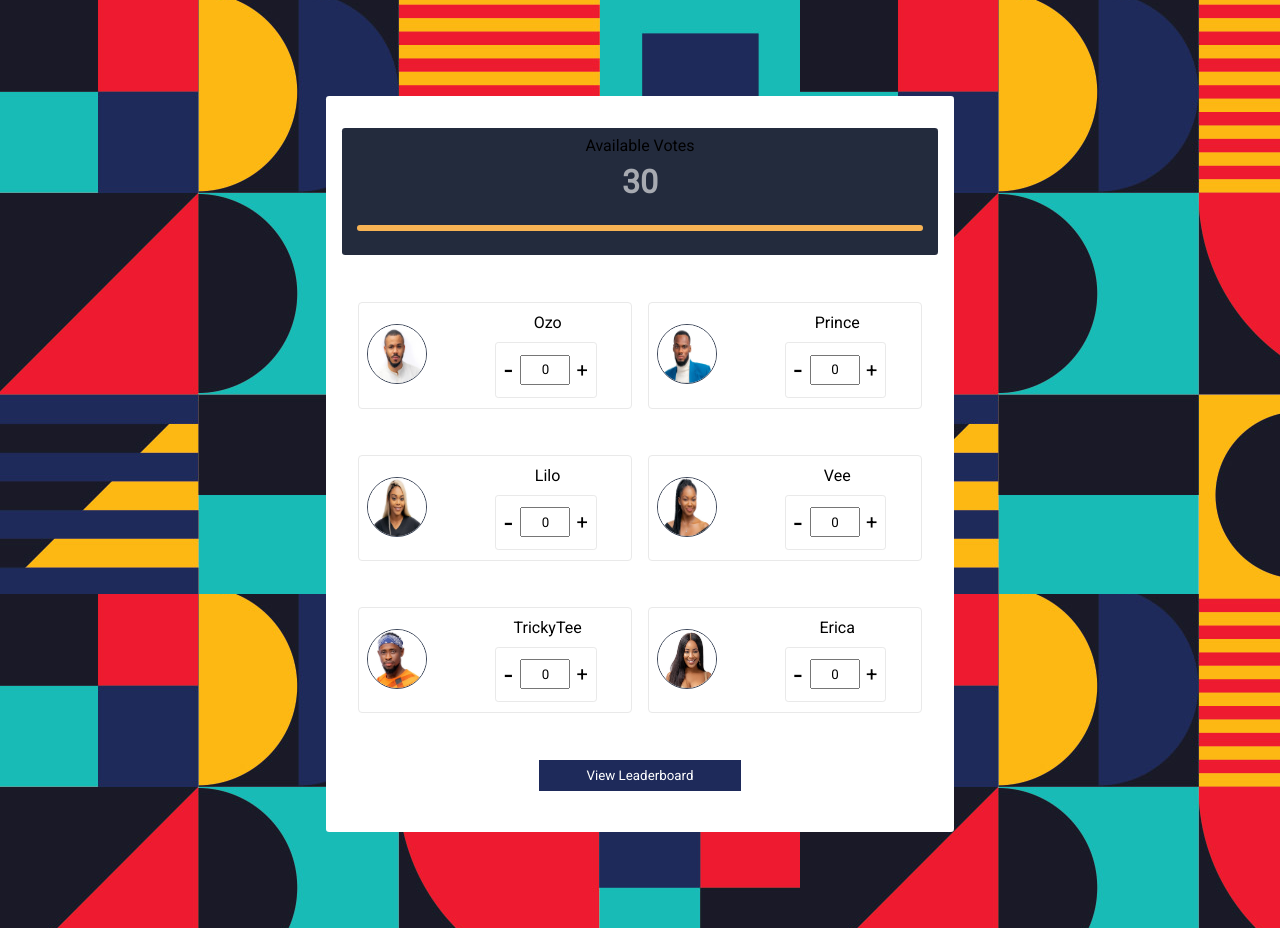
Repository: Eredun/bbn-voting
Page: index.html
An editor plug-in stored every save of this project. The page is shown before and after the next save, followed by the edit.
The browser window is 1280 px wide. The pictures show the whole page.

Above is the page before, as saved 2020-08-22 14:43:49.

After the next save:
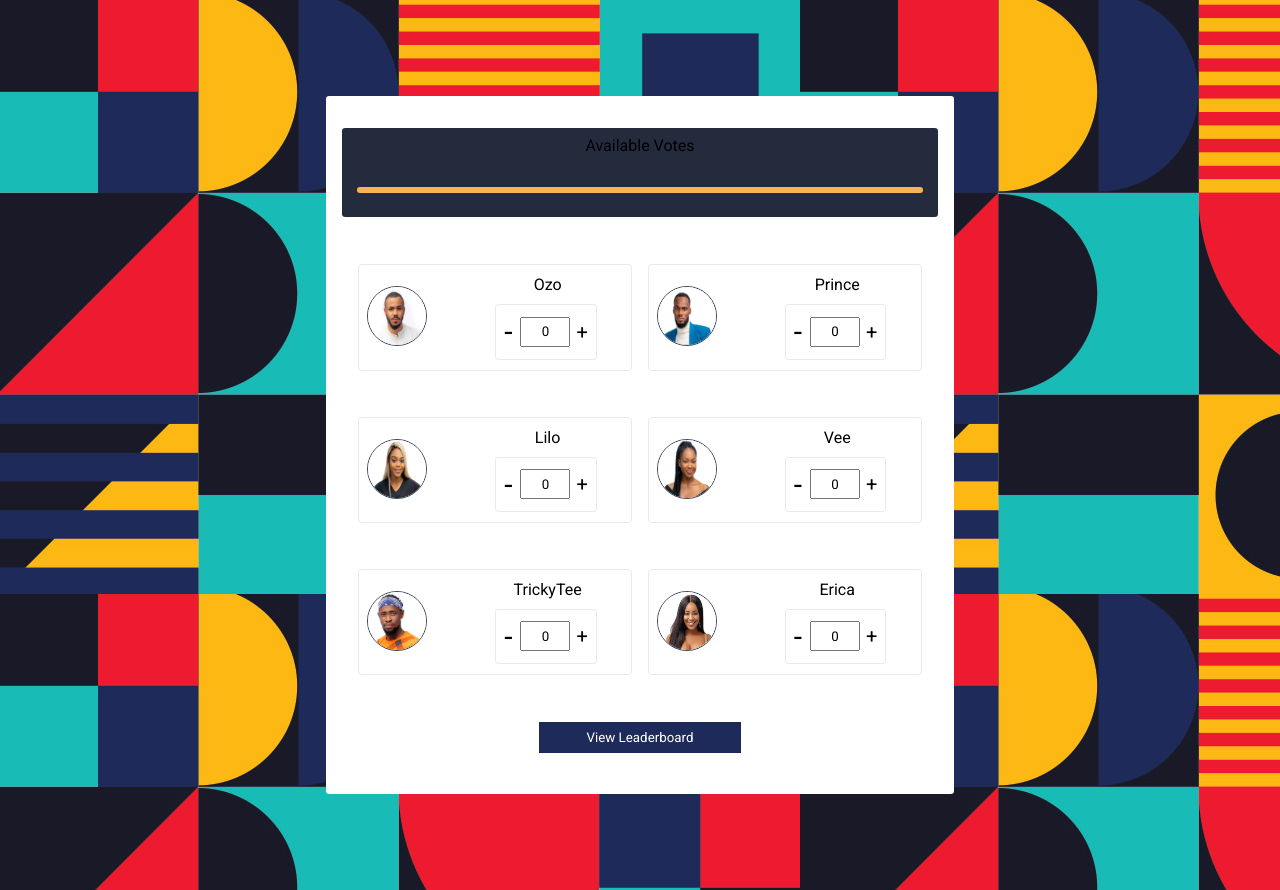
Console error: SyntaxError: Invalid or unexpected token
Saved 40 min 36 s later.
--- a/app.js
+++ b/app.js
@@ -125,7 +125,19 @@
     newContestants.forEach(housemates => {
       userInfo= document.createElement('div');
       userInfo.classList.add('user-info');
-      use
+      userInfo.innerHTML = '<div class="user-info">
+      <div class="user">
+        <div class="user-img">
+          <img src="" alt="" />
+        </div>
+        <div class="user-text">
+          <p class="username"></p>
+          <div class="marks">
+            <span></span>
+          </div>
+        </div>
+      </div>
+      </div>'
     })
   } else {
     span.classList.remove('error');
@@ -141,18 +153,19 @@
 // <div class="card">
 //   <h2>Leaderboard</h2>
 
-//   <div class="user-info">
-//     <div class="user">
-//       <div class="user-img">
-//         <img src="" alt="" />
-//       </div>
-//       <div class="user-text">
-//         <p class="username"></p>
-//         <div class="marks">
-//           <span></span>
-//         </div>
-//       </div>
-//     </div>
+  <div class="user-info">
+    <div class="user">
+      <div class="user-img">
+        <img src="" alt="" />
+      </div>
+      <div class="user-text">
+        <p class="username"></p>
+        <div class="marks">
+          <span></span>
+        </div>
+      </div>
+    </div>
+    </div>
 
 
 

After the 2 saves that followed:
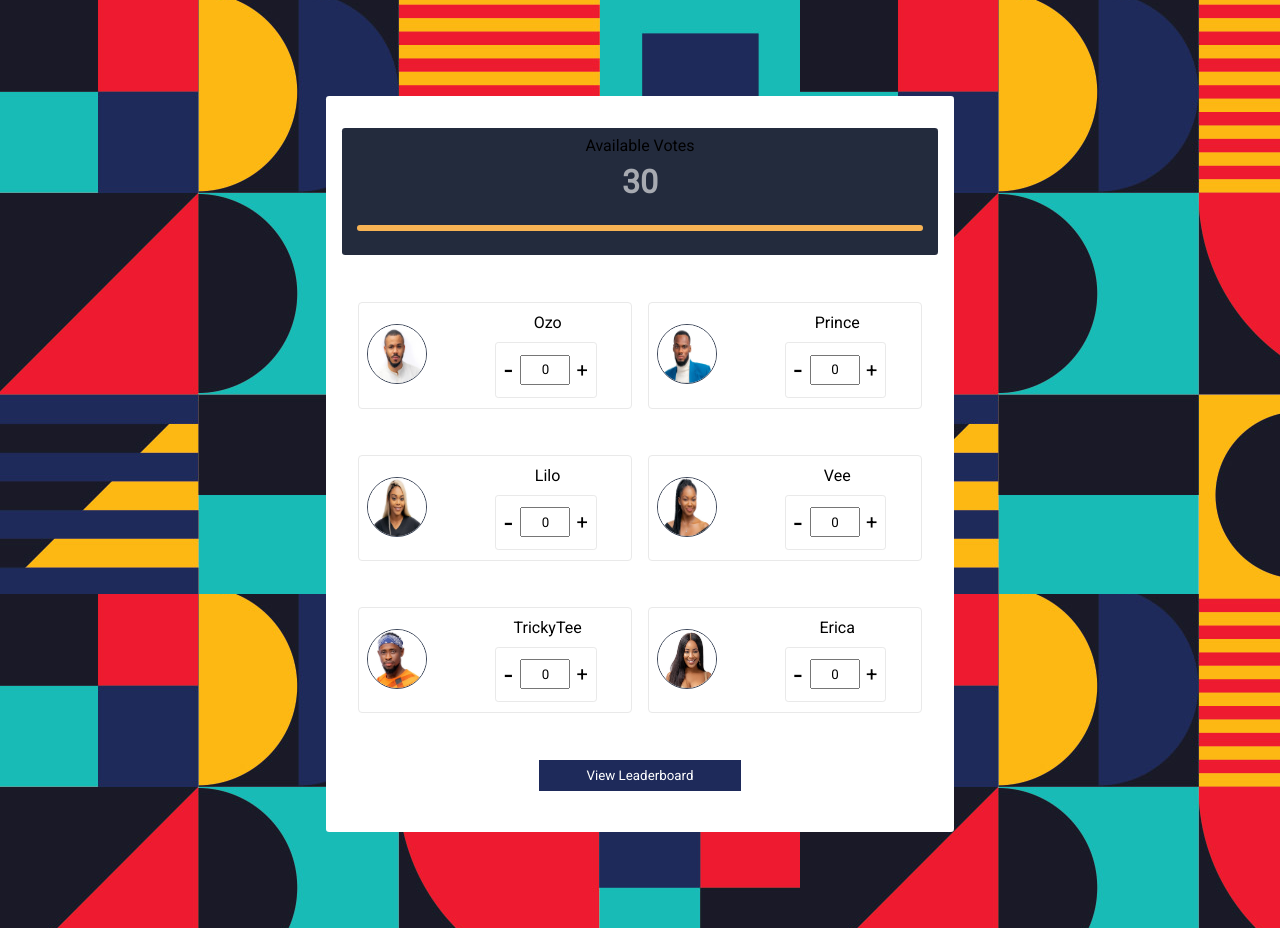
The error is gone.
The 2 saves are shown as one change because 1 left the picture as it was.
The last was saved 9 min 57 s later.
--- a/app.js
+++ b/app.js
@@ -125,7 +125,7 @@
     newContestants.forEach(housemates => {
       userInfo= document.createElement('div');
       userInfo.classList.add('user-info');
-      userInfo.innerHTML = '<div class="user-info">
+      userInfo.innerHTML = `<div class="user-info">
       <div class="user">
         <div class="user-img">
           <img src="" alt="" />
@@ -137,7 +137,8 @@
           </div>
         </div>
       </div>
-      </div>'
+     </div>
+  `
     })
   } else {
     span.classList.remove('error');
@@ -153,19 +154,19 @@
 // <div class="card">
 //   <h2>Leaderboard</h2>
 
-  <div class="user-info">
-    <div class="user">
-      <div class="user-img">
-        <img src="" alt="" />
-      </div>
-      <div class="user-text">
-        <p class="username"></p>
-        <div class="marks">
-          <span></span>
-        </div>
-      </div>
-    </div>
-    </div>
+  // <div class="user-info">
+  //   <div class="user">
+  //     <div class="user-img">
+  //       <img src="" alt="" />
+  //     </div>
+  //     <div class="user-text">
+  //       <p class="username"></p>
+  //       <div class="marks">
+  //         <span></span>
+  //       </div>
+  //     </div>
+  //   </div>
+  //  </div>
 
 
 
